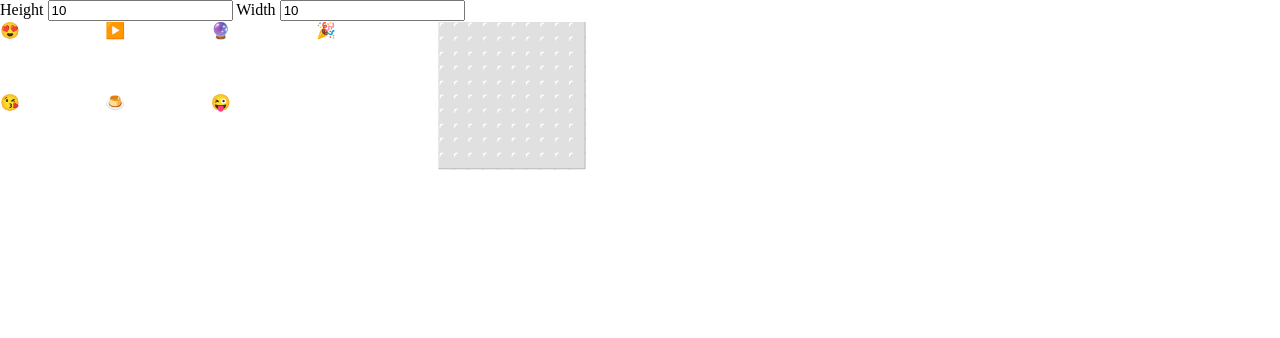
Repository: roast-rabbit/emoji-art-generator
Page: index.html
These files come from the project's save history. The page is drawn as it stood at one moment and after the next save; the edit follows.
The browser window is 1280 px wide. The pictures show the whole page.

Above is the page before, as saved 2022-12-06 15:46:01.

### index.html
<!DOCTYPE html>
<html lang="en">
  <head>
    <meta charset="UTF-8" />
    <meta http-equiv="X-UA-Compatible" content="IE=edge" />
    <meta name="viewport" content="width=device-width, initial-scale=1.0" />
    <title>Emoji art generator</title>
    <link rel="stylesheet" href="styles.css" />
  </head>
  <body>
    <div id="stats">
      <label for="height">Height</label>
      <input name="height" type="text" value="10" />
      <label for="width">Width</label>
      <input name="width" type="text" value="10" />
    </div>
    <div id="main">
      <div id="side-tool-set">
        <div>😍</div>
        <div>▶️</div>
        <div>🔮</div>
        <div>🎉</div>
        <div>😘</div>
        <div>🍮</div>
        <div>😜</div>
      </div>
      <div id="board"></div>
      <script src="index.js"></script>
    </div>
  </body>
</html>

### styles.css
body {
  margin: 0;
}

#main {
  display: grid;
  gap: 1rem;
  grid-template-columns: 1fr 2fr;
}

#board {
  display: inline-grid;
  grid-template-columns: repeat(var(--height), 2vmin);
  grid-template-rows: repeat(var(--width), 2vmin);
}

#side-tool-set {
  display: grid;
  grid-template-columns: repeat(4, 1fr);
}

### index.js
const heightInput = document.querySelector("#stats input[name=height]");
const widthInput = document.querySelector("#stats input[name=width]");
const board = document.querySelector("#board");

let height = heightInput.value;
let width = widthInput.value;

board.style.setProperty("--height", height);
board.style.setProperty("--width", width);

function createBoard(height, width) {
  for (let i = 0; i < height; i++) {
    for (let j = 0; j < width; j++) {
      element = document.createElement("div");
      element.textContent = "⬜️";
      element.classList.add("tile");
      board.appendChild(element);
    }
  }
}

createBoard(height, width);

After the next save:
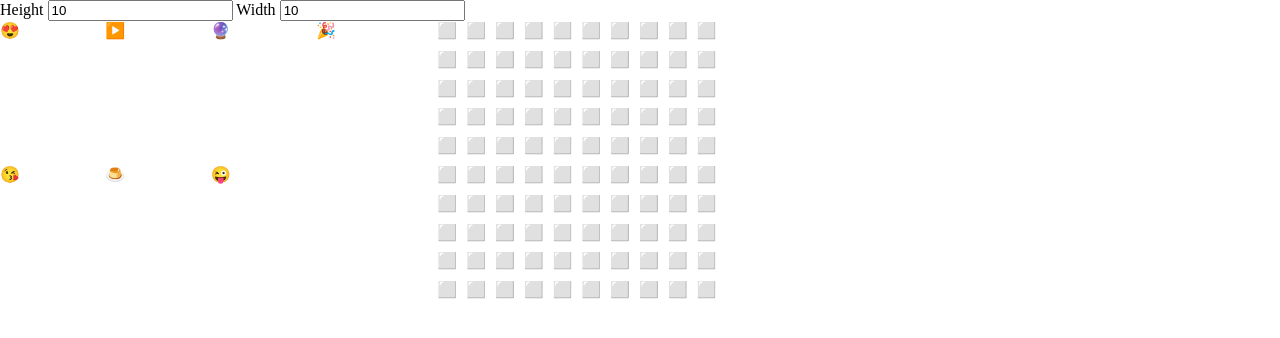
Saved 52 s later.
--- a/styles.css
+++ b/styles.css
@@ -10,8 +10,8 @@
 
 #board {
   display: inline-grid;
-  grid-template-columns: repeat(var(--height), 2vmin);
-  grid-template-rows: repeat(var(--width), 2vmin);
+  grid-template-columns: repeat(var(--height), 4vmin);
+  grid-template-rows: repeat(var(--width), 4vmin);
 }
 
 #side-tool-set {
